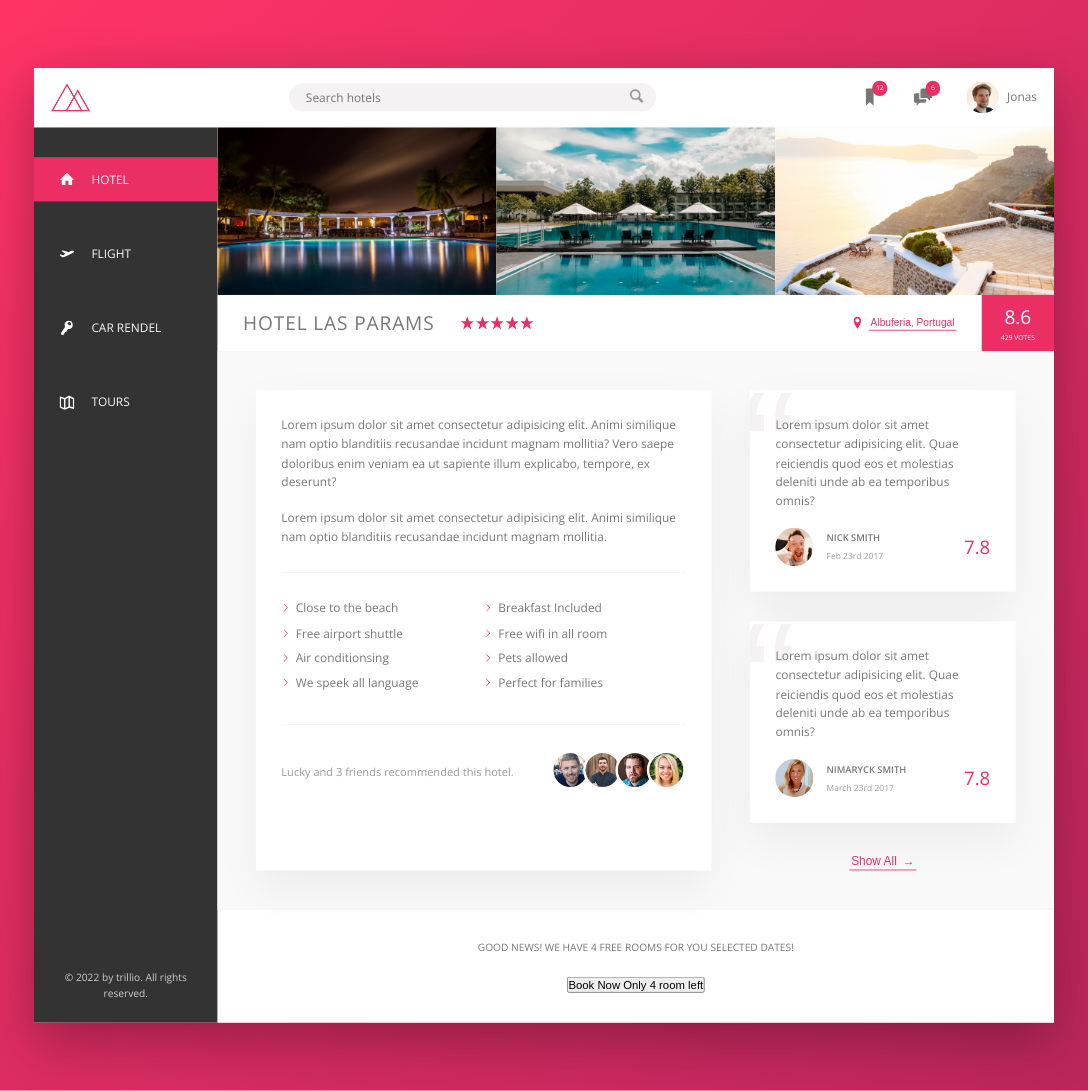
Repository: mohamediyas/flex_website
Page: index.html
An editor plug-in stored every save of this project. The page is shown before and after the next save, followed by the edit.
The browser window is 1280 px wide. The pictures show the whole page, at 85% of full size.
The style sheet was rebuilt from its Sass, Less or Tailwind sources for each picture, by a compiler version that may differ from the author's.

Above is the page before, as saved 2022-08-06 19:07:33.

### index.html
<!DOCTYPE html>
<html lang="en">
  <head>
    <meta charset="UTF-8" />
    <meta name="viewport" content="width=device-width, initial-scale=1.0" />
    <meta http-equiv="X-UA-Compatible" content="ie=edge" />

    <link
      href="https://fonts.googleapis.com/css?family=Open+Sans:300,400,600"
      rel="stylesheet"
    />
    <link rel="stylesheet" href="css/style.css" />
    <link rel="shortcut icon" type="image/png" href="img/favicon.png" />

    <title>nexter &mdash; your home, your freedom</title>
  </head>
  <body>
    <div class="container">
      <header class="header">
        <img src="img/logo.png" alt="trilio logo" class="logo" />
        <form action="#" class="search">
          <input
            type="text"
            class="search__input"
            placeholder="Search hotels"
          />
          <button class="search__button">
            <svg class="search__icon">
              <use xlink:href="img/sprite.svg#icon-magnifying-glass"></use>
            </svg>
          </button>
        </form>

        <nav class="user-nav">
          <div class="user-nav__icon-box">
            <svg class="user-nav__icon">
              <use xlink:href="img/sprite.svg#icon-bookmark"></use>
            </svg>
            <span class="user-nav__notification">12</span>
          </div>
          <div class="user-nav__icon-box">
            <svg class="user-nav__icon">
              <use xlink:href="img/sprite.svg#icon-chat"></use>
            </svg>
            <span class="user-nav__notification">6</span>
          </div>
          <div class="user-nav__user">
            <img
              src="img/user.jpg"
              alt="user image"
              class="user-nav__user-photo"
            />
            <span class="user-nav__user-name">Jonas</span>
          </div>
        </nav>
      </header>
      <div class="content">
        <nav class="sidebar">
          <ul class="side-nav">
            <li class="side-nav__item side-nav__item--active">
              <a href="#" class="side-nav__link">
                <svg class="side-nav__icon">
                  <use xlink:href="img/sprite.svg#icon-home"></use>
                </svg>
                <span>Hotel</span>
              </a>
            </li>
            <li class="side-nav__item">
              <a href="#" class="side-nav__link">
                <svg class="side-nav__icon">
                  <use xlink:href="img/sprite.svg#icon-aircraft-take-off"></use>
                </svg>
                <span>Flight</span>
              </a>
            </li>
            <li class="side-nav__item">
              <a href="#" class="side-nav__link">
                <svg class="side-nav__icon">
                  <use xlink:href="img/sprite.svg#icon-key"></use>
                </svg>
                <span>Car Rendel</span>
              </a>
            </li>
            <li class="side-nav__item">
              <a href="#" class="side-nav__link">
                <svg class="side-nav__icon">
                  <use xlink:href="img/sprite.svg#icon-map"></use>
                </svg>
                <span>Tours</span>
              </a>
            </li>
          </ul>
          <div class="legal">&copy; 2022 by trillio. All rights reserved.</div>
        </nav>
        <main class="hotel">
          <div class="gallery">
            <figure class="gallery__item">
              <img
                src="img/hotel-1.jpg"
                aria-label="home photot"
                alt=""
                class="gallery__photo"
              />
            </figure>

            <figure class="gallery__item">
              <img
                src="img/hotel-2.jpg"
                aria-label="home photot"
                alt=""
                class="gallery__photo"
              />
            </figure>

            <figure class="gallery__item">
              <img
                src="img/hotel-3.jpg"
                aria-label="home photot"
                alt=""
                class="gallery__photo"
              />
            </figure>
          </div>
          <div class="overview">
            <h1 class="overview__heading">Hotel las params</h1>
            <div class="overview__stars">
              <svg class="overview__icon-star">
                <use xlink:href="img/sprite.svg#icon-star"></use>
              </svg>
              <svg class="overview__icon-star">
                <use xlink:href="img/sprite.svg#icon-star"></use>
              </svg>
              <svg class="overview__icon-star">
                <use xlink:href="img/sprite.svg#icon-star"></use>
              </svg>
              <svg class="overview__icon-star">
                <use xlink:href="img/sprite.svg#icon-star"></use>
              </svg>
              <svg class="overview__icon-star">
                <use xlink:href="img/sprite.svg#icon-star"></use>
              </svg>
            </div>
            <div class="overview__location">
              <svg class="overview__icon-location">
                <use xlink:href="img/sprite.svg#icon-location-pin"></use>
              </svg>
              <button class="btn-inline">Albuferia, Portugal</button>
            </div>

            <div class="overview__rating">
              <div class="overview__rating-average">8.6</div>

              <div class="overview__rating-count">429 votes</div>
            </div>
          </div>
          <div class="detail">
            <div class="description">
              <p class="paragraph">
                Lorem ipsum dolor sit amet consectetur adipisicing elit. Animi
                similique nam optio blanditiis recusandae incidunt magnam
                mollitia? Vero saepe doloribus enim veniam ea ut sapiente illum
                explicabo, tempore, ex deserunt?
              </p>
              <p class="paragraph">
                Lorem ipsum dolor sit amet consectetur adipisicing elit. Animi
                similique nam optio blanditiis recusandae incidunt magnam
                mollitia.
              </p>
              <ul class="list">
                <li class="list__item">Close to the beach</li>
                <li class="list__item">Breakfast Included</li>
                <li class="list__item">Free airport shuttle</li>
                <li class="list__item">Free wifi in all room</li>
                <li class="list__item">Air conditionsing</li>
                <li class="list__item">Pets allowed</li>
                <li class="list__item">We speek all language</li>
                <li class="list__item">Perfect for families</li>
              </ul>
              <div class="recommend">
                <p class="recommend__count">
                  Lucky and 3 friends recommended this hotel.
                </p>
                <div class="recommend__friends">
                  <img src="img/user-3.jpg" alt="" class="recommend__photo" />
                  <img src="img/user-4.jpg" alt="" class="recommend__photo" />
                  <img src="img/user-5.jpg" alt="" class="recommend__photo" />
                  <img src="img/user-6.jpg" alt="" class="recommend__photo" />
                </div>
              </div>
            </div>
            <div class="user-reviews">
              <figure class="review">
                <blockquote class="review__text">
                  Lorem ipsum dolor sit amet consectetur adipisicing elit. Quae
                  reiciendis quod eos et molestias deleniti unde ab ea
                  temporibus omnis?
                </blockquote>
                <figcaption class="review__user">
                  <img class="review__photo" src="img/user-1.jpg" alt="" />
                  <div class="review__user-box">
                    <p class="review__user-name">Nick smith</p>
                    <p class="review__user-date">Feb 23rd 2017</p>
                  </div>
                  <div class="review__rating">7.8</div>
                </figcaption>
              </figure>
              <figure class="review">
                <blockquote class="review__text">
                  Lorem ipsum dolor sit amet consectetur adipisicing elit. Quae
                  reiciendis quod eos et molestias deleniti unde ab ea
                  temporibus omnis?
                </blockquote>
                <figcaption class="review__user">
                  <img class="review__photo" src="img/user-2.jpg" alt="" />
                  <div class="review__user-box">
                    <p class="review__user-name">NiMaryck smith</p>
                    <p class="review__user-date">March 23rd 2017</p>
                  </div>
                  <div class="review__rating">7.8</div>
                </figcaption>
              </figure>
              <button class="btn-inline">Show All <span>&rarr;</span></button>
            </div>
          </div>
          <div class="cta">
            <h2 class="cta__book-now">
              Good news! we have 4 free rooms for you selected dates!
            </h2>
            <button class="btn">
              <span class="btn__visible"> Book Now </span>
              <span class="btn__invisible"> Only 4 room left </span>
            </button>
          </div>
        </main>
      </div>
    </div>
  </body>
</html>

### sass/_base.scss
// COLOR VARIABLES

:root {
  --color-primary: #eb2f64;
  --color-primary-light: #ff3366;
  --color-primary-dark: #ba265d;

  --color-grey-light-1: #faf9f9;
  --color-grey-light-2: #f4f2f2;
  --color-grey-light-3: #f0eeee;
  --color-grey-light-4: #ccc;

  --color-grey-dark-1: #333;
  --color-grey-dark-2: #777;
  --color-grey-dark-3: #999;

  --shadow-dark: 0 2rem 6rem rgba(0, 0, 0, 0.3);
  --shadow-light: 0 2rem 5rem rgba(0, 0, 0, 0.06);

  --line: 1px solid var(--color-grey-light-2);
}

* {
  margin: 0;
  padding: 0;
}

*,
*::after,
*::before {
  box-sizing: inherit;
}

html {
  box-sizing: border-box;
  font-size: 62.5%;
}

body {
  background-image: linear-gradient(
    to right bottom,
    var(--color-primary-light),
    var(--color-primary-dark)
  );
  font-family: "Open Sans", sans-serif;
  font-weight: 400;
  line-height: 1.6;
  background-size: cover;
  background-repeat: no-repeat;
  min-height: 100vh;
  color: var(--color-grey-dark-2);
}

### sass/_components.scss
.logo {
  height: 3.25rem;
  margin-left: 2rem;
}

.search {
  flex: 0 0 40%;

  display: flex;
  justify-content: center;
  align-items: center;

  &__input {
    font-family: inherit;
    font-size: inherit;
    background-color: var(--color-grey-light-2);
    border: none;
    color: inherit;
    padding: 0.7rem 2rem;
    border-radius: 100px;
    width: 90%;
    transition: all 0.2s;
    margin-right: -3.25rem;
    &:focus {
      outline: none;
      width: 100%;
      background-color: var(--color-grey-light-3);
    }
  }

  &::-webkit-input-placeholder {
    font-weight: 100;
    color: var(--color-grey-light-4);
  }

  &__input:focus + &__button {
    background-color: var(--color-grey-light-3);
  }

  &__button {
    border: none;
    background-color: var(--color-grey-light-2);

    &:focus {
      outline: none;
    }

    &:active {
      transform: translateY(2px);
    }
  }

  &__icon {
    height: 2rem;
    width: 2rem;
    fill: var(--color-grey-dark-3);
  }
}

.user-nav {
  align-self: stretch;
  display: flex;
  align-items: center;

  & > * {
    padding: 0 2rem;
    cursor: pointer;
    height: 100%;
    display: flex;
    align-items: center;
  }

  & > *:hover {
    background-color: var(--color-grey-light-2);
  }

  &__icon-box {
    position: relative;
  }

  &__icon {
    height: 2.25rem;
    width: 2.25rem;
    fill: var(--color-grey-dark-2);
  }

  &__notification {
    font-size: 0.8rem;
    height: 1.75rem;
    width: 1.75rem;
    border-radius: 50%;
    background-color: var(--color-primary);
    color: #fff;
    position: absolute;
    top: 1.5rem;
    right: 1.1rem;
    display: flex;
    justify-content: center;
    align-items: center;
  }

  &__user {
  }

  &__user-photo {
    height: 3.75rem;
    border-radius: 50%;
    margin-right: 1rem;
  }

  &__user-name {
  }
}

// side navigation

.side-nav {
  font-size: 1.4rem;
  list-style: none;
  margin-top: 3.5rem;

  &__item {
    position: relative;

    &:not(:last-child) {
      margin-bottom: 3.5rem;
    }
  }

  &__item::before {
    content: "";
    position: absolute;
    top: 0;
    left: 0;
    height: 100%;
    width: 3px;
    background-color: var(--color-primary);
    transform: scaleY(0);
    transition: transform 0.2s, width 0.4s cubic-bezier(1, 0, 0, 1) 0.2s;
  }

  &__item:hover:before,
  &__item--active::before {
    transform: scaleY(1);
    width: 100%;
  }

  &__item:active:before {
    background-color: var(--color-primary-light);
  }

  &__link:link,
  &__link:visited {
    color: var(--color-grey-light-1);
    text-decoration: none;
    text-transform: uppercase;
    display: block;
    padding: 1.5rem 3rem;
    z-index: 10;
    position: relative;
    display: flex;
    align-items: center;
  }

  &__link:hover {
    color: white;
  }

  &__icon {
    width: 1.75rem;
    height: 1.75rem;
    margin-right: 2rem;
    fill: currentColor;
  }
}

.legal {
  font-size: 1.2rem;
  text-align: center;
  color: var(--color-grey-light-4);
  padding: 2.5rem;
}

.gallery {
  display: flex;

  &__photo {
    width: 100%;
    display: block;
  }
}

.overview {
  display: flex;
  border-bottom: 1px solid var(--color-grey-light-2);
  align-items: center;

  &__heading {
    font-size: 2.25rem;
    font-weight: 300;
    text-transform: uppercase;
    letter-spacing: 1px;
    padding: 1.5rem 3rem;
  }
  &__stars {
    // flex: 1;
    margin-right: auto;
    display: flex;
  }
  &__icon-star,
  &__icon-location {
    width: 1.75rem;
    height: 1.75rem;
    fill: var(--color-primary);
  }
  &__location {
    font-size: 1.2rem;
    display: flex;
    align-items: center;
  }

  &__icon-location {
    margin-right: 0.5rem;
  }

  &__rating {
    background-color: var(--color-primary);
    margin-left: 3rem;
    color: #fff;
    align-self: stretch;
    padding: 0 2.25rem;

    display: flex;
    flex-direction: column;
    align-items: center;
    justify-content: center;
  }
  &__rating-average {
    font-size: 2.25rem;
    font-weight: 300;
  }
  &__rating-count {
    font-size: 0.8rem;
    text-transform: uppercase;
  }
}

.paragraph:not(:last-of-type) {
  margin-bottom: 2rem;
}

.list {
  list-style: none;
  margin: 3rem 0;
  padding: 3rem 0;
  border-top: var(--line);
  border-bottom: var(--line);
  display: flex;
  flex-wrap: wrap;

  &__item {
    flex: 0 0 50%;
    margin-bottom: 0.7rem;
  }

  &__item::before {
    content: "";
    display: inline-block;
    height: 1rem;
    width: 1rem;
    margin-right: 0.7rem;
    // background-image: url(../img/chevron-thin-right.svg);

    // background-size: cover;

    // masks
    background-color: var(--color-primary);
    -webkit-mask-image: url(../img/chevron-thin-right.svg);
    -webkit-mask-size: cover;
  }
}

.recommend {
  font-size: 1.3rem;
  color: var(--color-grey-dark-3);

  display: flex;
  align-items: center;
  // justify-content: space-between;
  &__count {
    margin-right: auto;
  }

  &__friend {
  }

  &__photo {
    box-sizing: content-box;
    height: 4rem;
    width: 4rem;
    border-radius: 50%;
    border: 3px solid #fff;

    &:not(:last-child) {
      margin-right: -1.15rem;
    }
  }
}

// reviews

.review {
  background-color: #fff;
  box-shadow: var(--shadow-light);
  padding: 3rem;
  margin-bottom: 3.5rem;
  position: relative;
  overflow: hidden;

  &__text {
    margin-bottom: 2rem;
    z-index: 10;
    position: relative;
  }
  &__user {
    display: flex;
    align-items: center;
  }
  &__photo {
    height: 4.5rem;
    width: 4.5rem;
    border-radius: 50%;
    margin-right: 1.5rem;
  }
  &__user-box {
    margin-right: auto;
  }

  &__user-name {
    font-size: 1.1rem;
    font-weight: 600;
    text-transform: uppercase;
    margin-bottom: 0.4rem;
  }

  &__user-date {
    font-size: 1rem;
    color: var(--color-grey-dark-3);
  }

  &__rating {
    color: var(--color-primary);
    font-size: 2.2rem;
    font-weight: 300;
  }

  &::before {
    content: "\201c";
    position: absolute;
    top: -2.75rem;
    left: -1rem;
    line-height: 1;
    font-size: 20rem;
    color: var(--color-grey-light-2);
    font-family: sans-serif;
    z-index: 1;
  }
}

.cta {
  padding: 3.5rem 0;
  text-align: center;

  &__book-now {
    font-size: 1.2rem;
    font-weight: 300;
    text-transform: uppercase;
    margin-bottom: 2.5rem;
  }
}

### sass/_layout.scss
.container {
  max-width: 120rem;
  margin: 8rem auto;
  background-color: var(--color-grey-light-2);
  box-shadow: var(--shadow-dark);
  min-height: 50rem;
}

.header {
  font-size: 1.4rem;
  height: 7rem;
  background-color: #fff;
  border-bottom: 1px solid var(--color-grey-light-2);
  display: flex;
  justify-content: space-between;
  align-items: center;
}

.content {
  display: flex;
}

.sidebar {
  background-color: var(--color-grey-dark-1);
  flex: 0 0 18%;
  display: flex;
  flex-direction: column;
  justify-content: space-between;
}

.hotel {
  background-color: #fff;
  // height: 80rem;
  flex: 1;
}

.detail {
  display: flex;
  padding: 4.5rem;
  font-size: 1.4rem;

  background-color: var(--color-grey-light-1);
  border-bottom: var(--line);
}

.description {
  background-color: #fff;
  flex: 0 0 60%;
  margin-right: 4.5rem;
  box-shadow: var(--shadow-light);
  padding: 3rem;
}

.user-reviews {
  flex: 1;
  display: flex;
  flex-direction: column;
  align-items: center;
}

.btn-inline {
  border: none;
  color: var(--color-primary);
  font-size: inherit;
  border-bottom: 1px solid currentColor;
  padding: 2px;
  display: inline-block;
  background-color: transparent;
  cursor: pointer;
  transition: all 0.2s;

  & span {
    margin-left: 3px;
    transition: margin-left 0.2s;
  }

  &:hover {
    color: var(--color-grey-dark-1);

    span {
      margin-left: 8px;
    }
  }

  &:focus {
    outline: none;
    animation: pulsate 1s infinite;
  }
}

@keyframes pulsate {
  0% {
    transform: scale(1);
    box-shadow: none;
  }
  50% {
    transform: scale(1.05);
    box-shadow: 0 1rem 4rem rgba(0, 0, 0, 0.25);
  }
  100% {
    transform: scale(1);
    box-shadow: none;
  }
}

Loaded but not shown: sass/main.scss (common file)

After the next save:
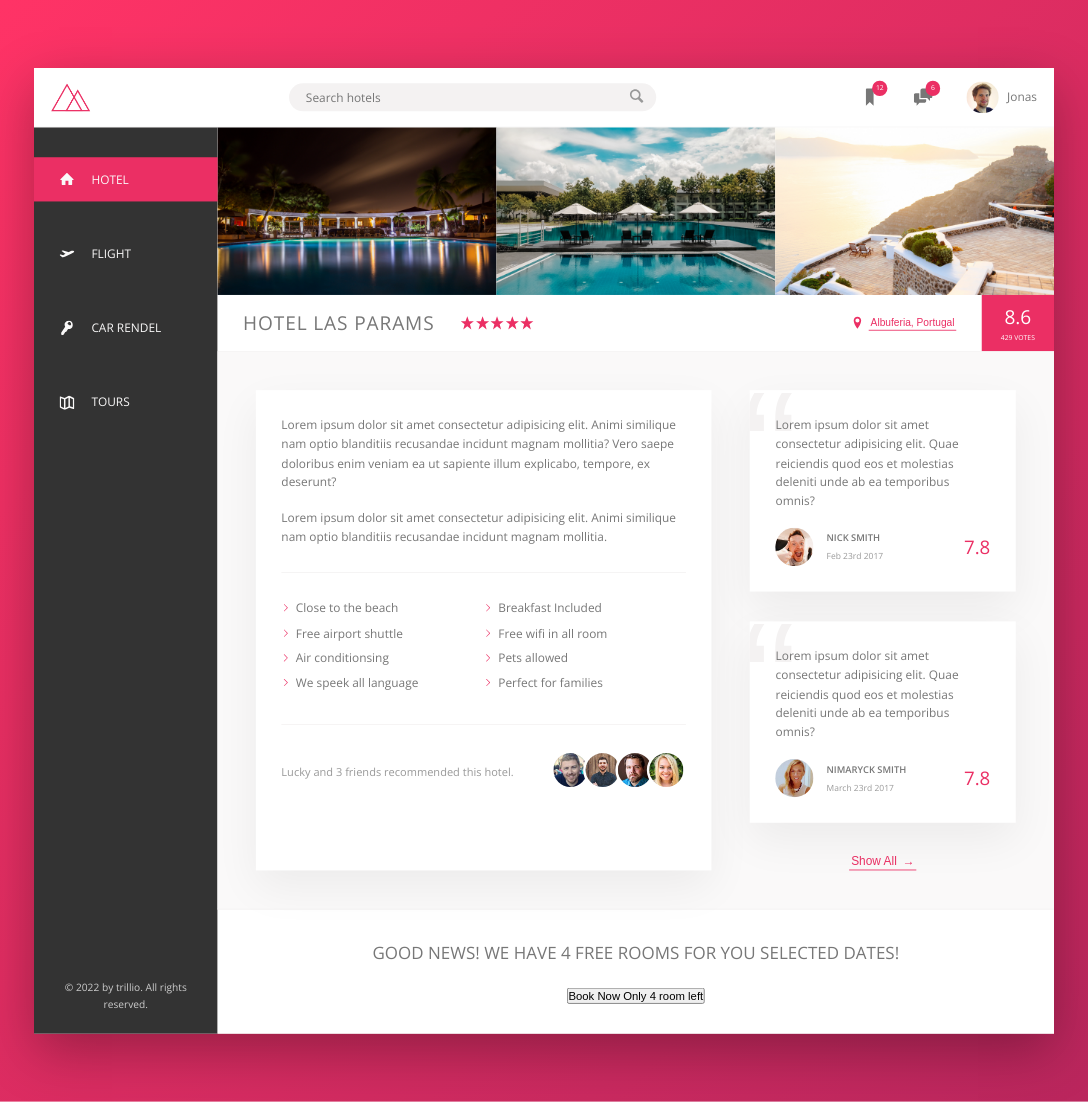
Saved 17 s later.
--- a/sass/_components.scss
+++ b/sass/_components.scss
@@ -372,7 +372,7 @@
   text-align: center;
 
   &__book-now {
-    font-size: 1.2rem;
+    font-size: 2rem;
     font-weight: 300;
     text-transform: uppercase;
     margin-bottom: 2.5rem;
